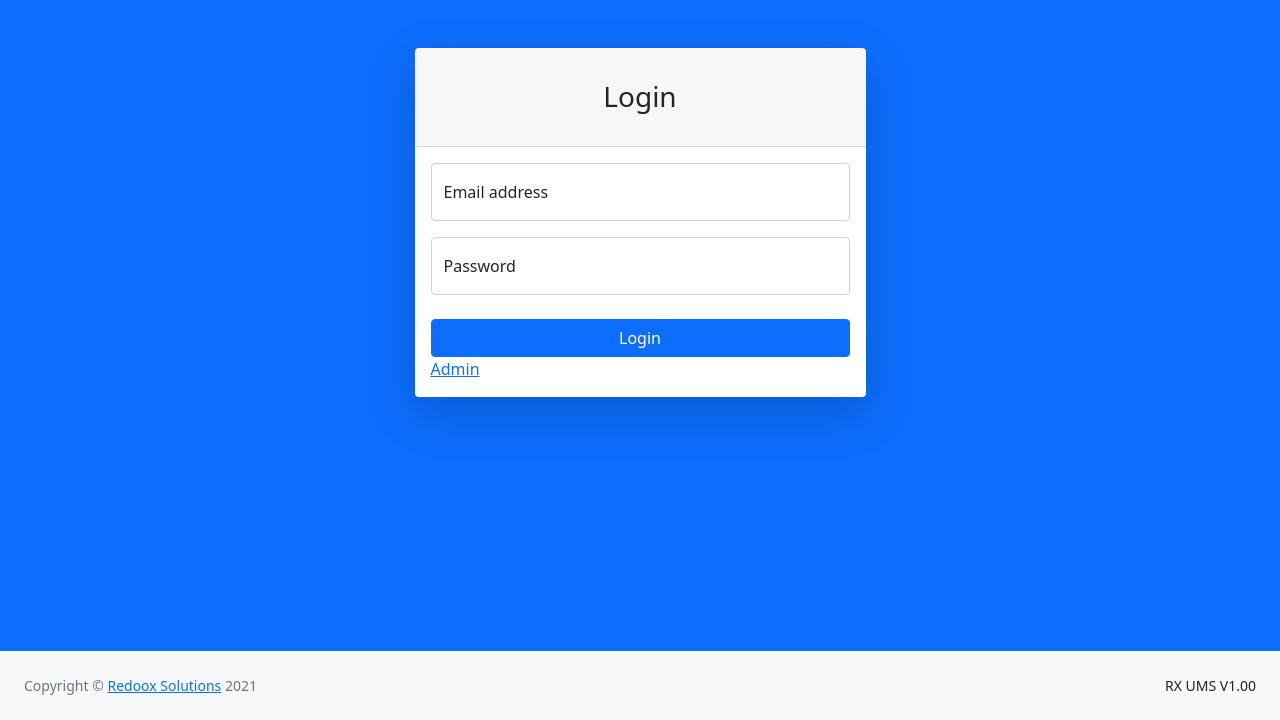
Repository: beroge/proactiveIT
Page: http://localhost/admin/login.php
These files come from the project's save history. The page is drawn as it stood at one moment and after the next save; the edit follows.
The browser window is 1280 px wide. The pictures show the whole page.
The page is run by PHP 8.4 with error messages shown; the project is at /var/www/html/.

Above is the page before, as saved 2023-05-07 14:53:48.

After the next save:
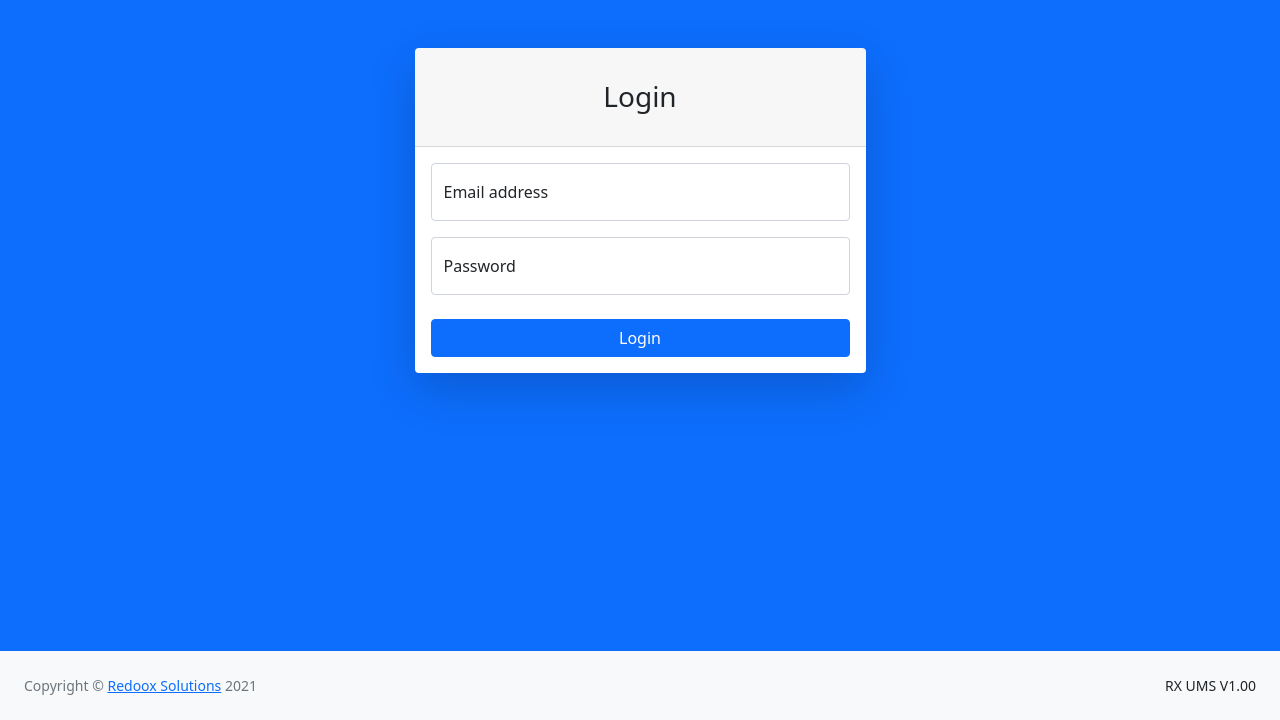
Saved 74 s later.
--- a/admin/login.php
+++ b/admin/login.php
@@ -44,7 +44,7 @@
                                             <div class="d-flex align-items-center justify-content-between mt-4 mb-0">
                                                 <input type="submit" name="login" class="btn w-100 btn-primary" value="Login">
                                             </div>
-                                            <a href="data/">Admin</a>
+
                                         </form>
                                     </div>
                                 </div>
